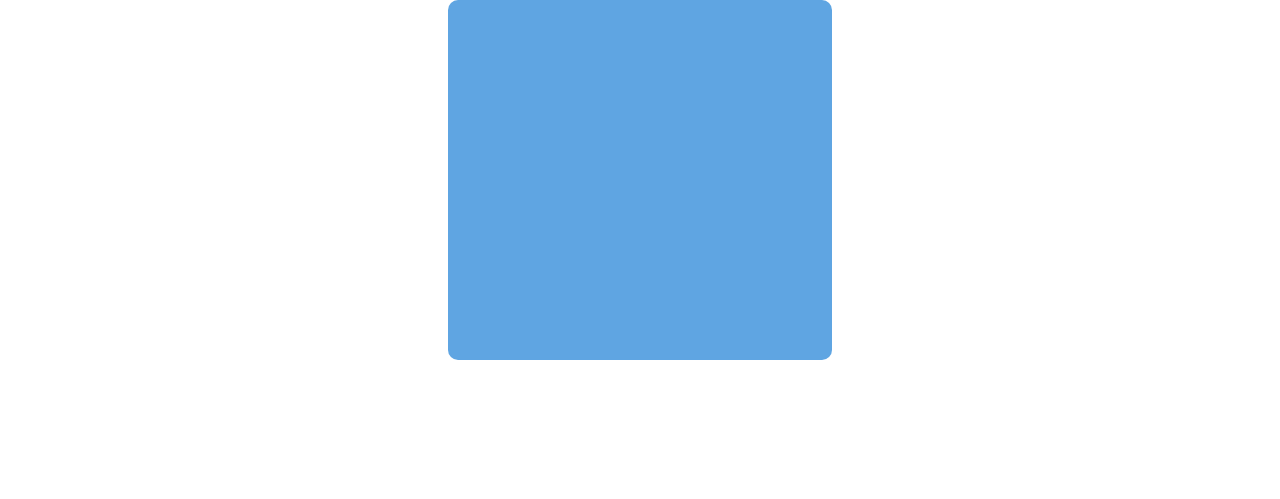
Repository: KevynMarques/Estudos-Reactjs-Firebase
Page: /
An editor plug-in stored every save of this project. The page is shown before and after the next save, followed by the edit.
The browser window is 1280 px wide. The pictures show the whole page.
The page's requests for data from a server got no answer. The project was rebuilt for these pictures with package versions that can differ from the ones it lists, and the page was loaded fresh each time. No one was signed in, and anything a server would have sent is missing. Also part of the build but not shown: src/Pages/Page2.jsx.

Above is the page before, as saved 2022-08-23 12:33:41.

### public/index.html
<!DOCTYPE html>
<html lang="pt-BR">
  <head>
    <meta charset="utf-8" />
    <link rel="icon" href="%PUBLIC_URL%/favicon.ico" />
    <meta name="viewport" content="width=device-width, initial-scale=1" />
    <meta name="theme-color" content="#000000" />
    <meta
      name="description"
      content="Web site created using create-react-app"
    />
    <link rel="apple-touch-icon" href="%PUBLIC_URL%/logo192.png" />
    <!--
      manifest.json provides metadata used when your web app is installed on a
      user's mobile device or desktop. See https://developers.google.com/web/fundamentals/web-app-manifest/
    -->
    <link rel="manifest" href="%PUBLIC_URL%/manifest.json" />
    <!--
      Notice the use of %PUBLIC_URL% in the tags above.
      It will be replaced with the URL of the `public` folder during the build.
      Only files inside the `public` folder can be referenced from the HTML.

      Unlike "/favicon.ico" or "favicon.ico", "%PUBLIC_URL%/favicon.ico" will
      work correctly both with client-side routing and a non-root public URL.
      Learn how to configure a non-root public URL by running `npm run build`.
    -->
    <title>Squad</title>
  </head>
  <body>
    <noscript>You need to enable JavaScript to run this app.</noscript>
    <div id="root"></div>
    <!--
      This HTML file is a template.
      If you open it directly in the browser, you will see an empty page.

      You can add webfonts, meta tags, or analytics to this file.
      The build step will place the bundled scripts into the <body> tag.

      To begin the development, run `npm start` or `yarn start`.
      To create a production bundle, use `npm run build` or `yarn build`.
    -->
  </body>
</html>

### src/App.jsx
import React from "react";
import Router from "./Routers/router";
import { GlobalStyle } from "./GlobalStyle";



function App() {
  return (
    <>
    <GlobalStyle/>
      <Router/>
    </>
  );
}

export default App;

### src/Routers/router.jsx
import { BrowserRouter, Routes, Route } from "react-router-dom";
import { Page1 } from "../Pages/Page1";
import { Page2 } from "../Pages/Page2";



export default () => {
  return (
    <>
    <BrowserRouter >
    <Routes >
      <Route path="/" element={<Page1 />} />
      <Route path="/Page2" element={<Page2 />} />
    </Routes>
    </BrowserRouter>
    </>
  );
}

### src/GlobalStyle.jsx

import { createGlobalStyle } from 'styled-components';

export const GlobalStyle = createGlobalStyle`
 * {
   margin: 0;
   padding: 0;
   box-sizing: border-box;
 }
`;

### src/Pages/Page1.jsx
import React from "react";
import { Login } from "../Components/Login/index";


export const Page1 = ()=>{
   return(
    <Login />
   );
}

### src/Components/Login/index.jsx
import React from "react";
import { authConfig } from "../../Auth/config";
import { BoxLogin } from "./style";
import { BoxHome } from "./style";

export const Login =()=>{
  return (
    <BoxHome>
    <BoxLogin>
    </BoxLogin>
    </BoxHome>
  )
}

### src/Auth/config.jsx
import * as firebase from 'firebase/app';
import 'firebase/auth';

export const authConfig = firebase.initializeApp({
  apiKey: process.env.REACT_APP_FIREBASE_KEY,
  authDomain: process.env.REACT_APP_FIREBASE_DOMAIN,
  projectId: process.env.REACT_APP_FIREBASE_PROJECT_ID,
  storageBucket: process.env.REACT_APP_FIREBASE_STORAGE_BUCKET,
  messagingSenderId:process.env.REACT_APP_FIREBASE_SENDER_ID,
});

### src/Components/Login/style.jsx
import styled from "styled-components";

export const BoxHome = styled.div`
display: flex;
align-items: center;
justify-content: center;
`;

export const BoxLogin = styled.div`
  width: 30vw;
  height: 50vh;
  background-color: #388fdb;
  opacity: 0.8;
  border-radius: 10px;
  margin-top: ;
`;

Loaded but not shown: src/index.js (common file)

After the next save:
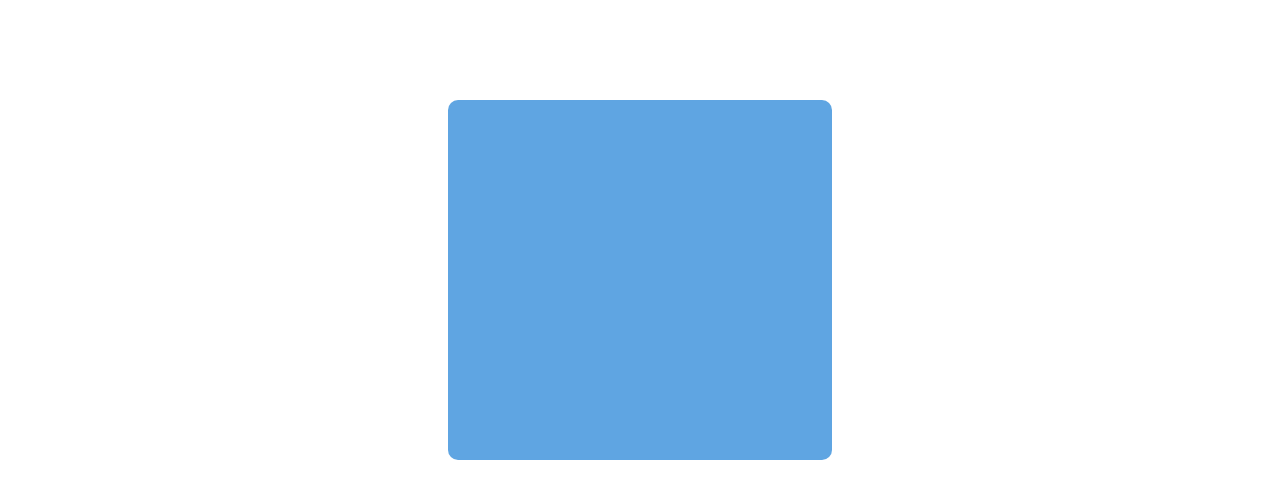
Saved 4 s later.
--- a/src/Components/Login/style.jsx
+++ b/src/Components/Login/style.jsx
@@ -12,5 +12,5 @@ export const BoxLogin = styled.div`
   background-color: #388fdb;
   opacity: 0.8;
   border-radius: 10px;
-  margin-top: ;
+  margin-top: 100px;
 `;
